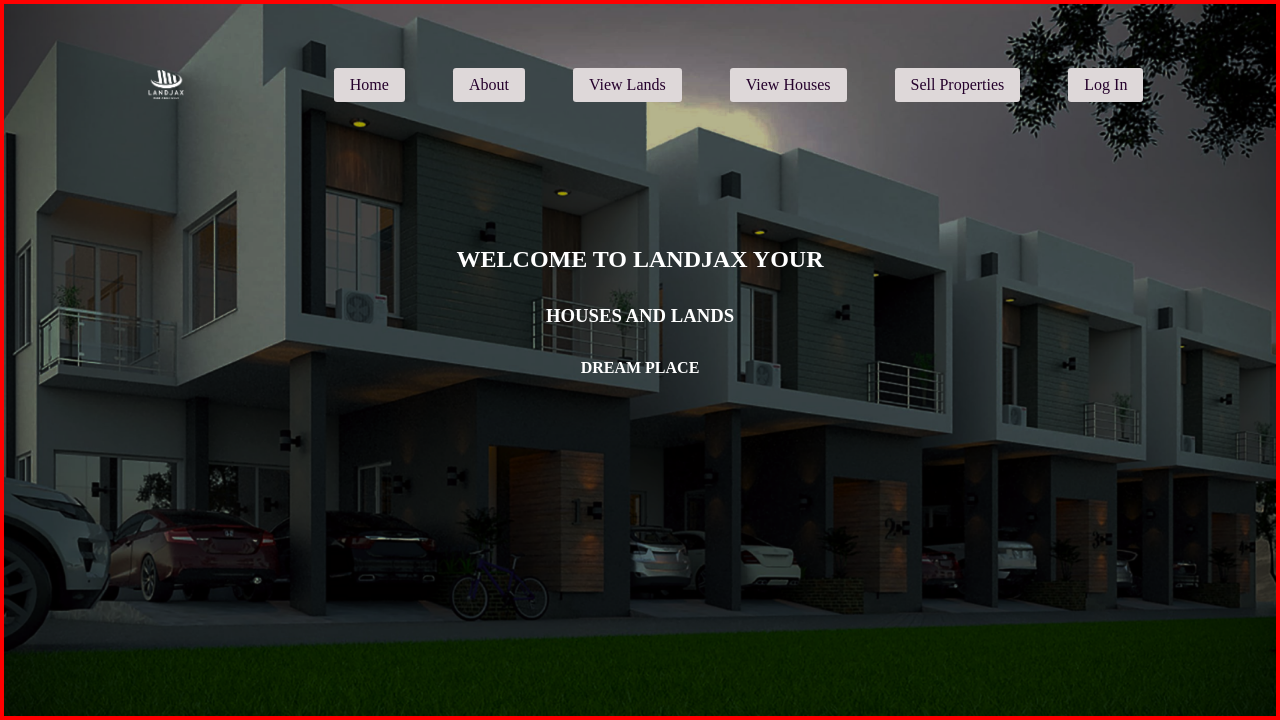
Repository: NorVirae/landjax-frontend
Page: /
An editor plug-in stored every save of this project. The page is shown before and after the next save, followed by the edit.
The browser window is 1280 px wide. The pictures show the whole page.
The project was rebuilt for these pictures with package versions that can differ from the ones it lists, and the page was loaded fresh each time. The framework's server and built-in components were replaced by stand-ins that run in the browser. Also part of the build but not shown: next.config.js.

Above is the page before, as saved 2022-07-02 15:06:21.

After the next save:
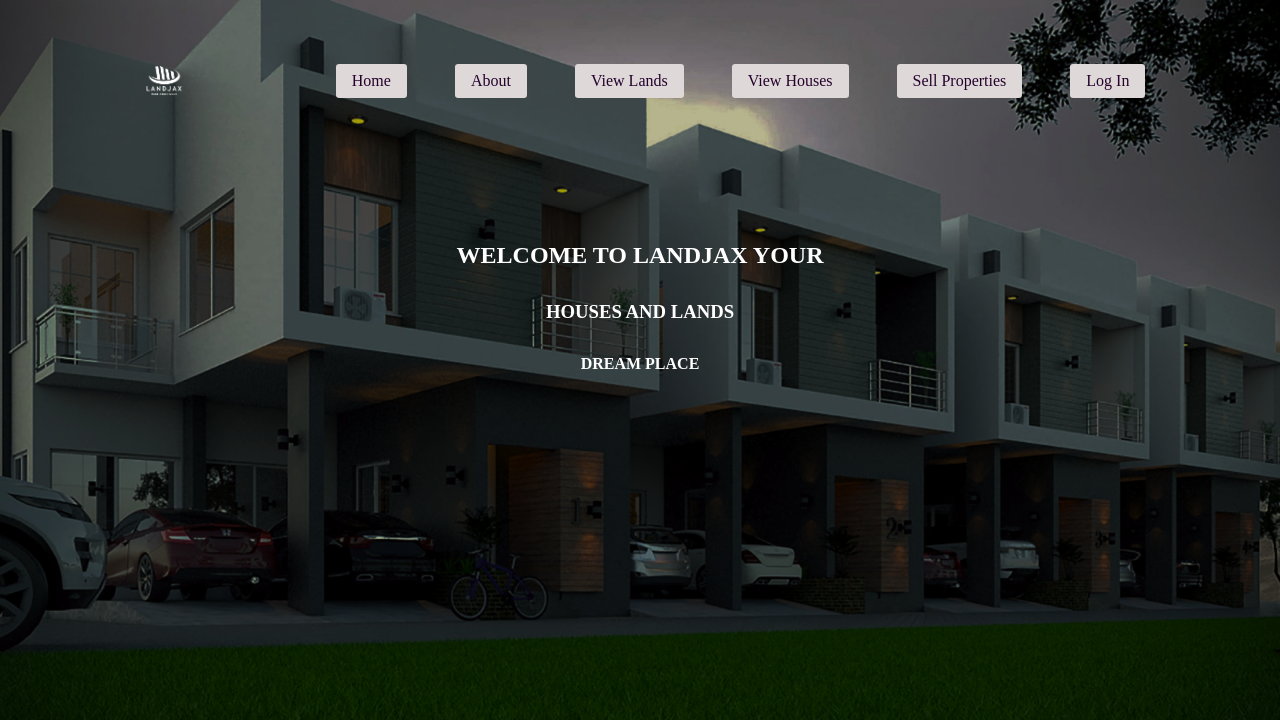
Saved 34 s later.
--- a/pages/index.tsx
+++ b/pages/index.tsx
@@ -15,7 +15,7 @@ const Home = () => {
 
 
       <main>
-        <section style={{border: ".3rem solid red"}} className='carousel__container'>
+        <section className='carousel__container'>
           <Navbar />
 
           <div className='carousel__welcome-screen'>
